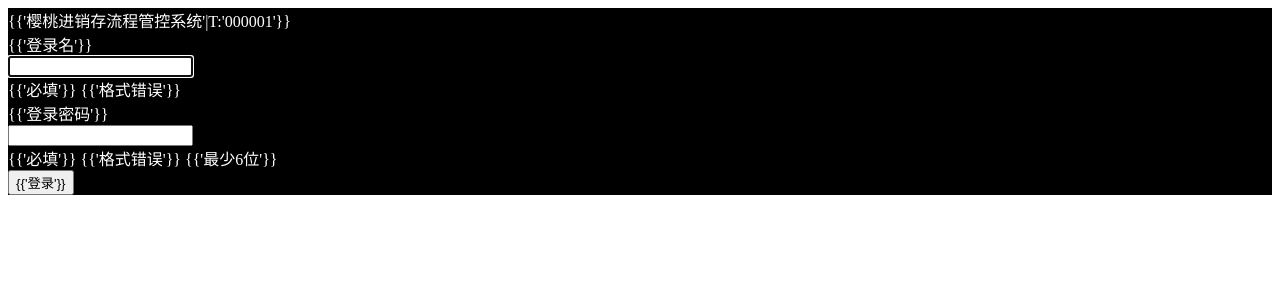
Repository: Anita-huang-001/cims
Page: cherry/mi_cims/mi_cims_admin/src/main/resources/static/view/login.html
The author's editor kept a copy of each file at every save. The page is drawn from the files as they stood at one save, then again after the next save.
The browser window is 1280 px wide. The pictures show the whole page.

Above is the page before, as saved 2021-02-04 06:09:14.

### cherry/mi_cims/mi_cims_admin/src/main/resources/static/view/login.html
<!-- 登录页面 -->
<div style="background:#000; color:#FFF">

<div class="container-fluid login-page">
	<!-- 标题 -->
	<div class="row login-title text-center">
		<!-- 公司logo图片 -->
		<!-- <img alt="logo" src="image/logo.png">  -->
		<!-- 系统名称 -->
		<label class="login-title-label">{{'樱桃进销存流程管控系统'|T:'000001'}}</label>
	</div>
	<div class="row col-sm-6 col-sm-offset-3 col-lg-4 col-lg-offset-4">
		<div class="login-form">
			<!-- 登录表单 -->
			<form name="loginForm" class="form-horizontal" role="form"  novalidate>
				<!-- 用户名 -->
				<div class="form-group form-item-group">
					<label for="managerId" class="col-sm-3 form-input-label">{{'登录名'}}</label>
					<div class="col-sm-9">
						<!-- 用户名输入框 -->
						<input type="text" class="form-input form-control"
							id="managerId" name="managerId" data-ng-model="loginInfo.managerId"
							maxlength="32" data-ng-pattern="PATTERN.managerName" required autofocus>
						<!-- 用户名错误提示信息 -->
						<div data-ng-if="loginForm.managerId.$dirty">
							<span class="form-input-error" data-ng-show="loginForm.managerId.$error.required">{{'必填'}}</span>
							<span class="form-input-error" data-ng-show="loginForm.managerId.$error.pattern">{{'格式错误'}}</span>
						</div>
					</div>
				</div>
				<!-- 用户密码 -->
				<div class="form-group form-item-group">
					<label for="managerPwd" class="col-sm-3 form-input-label">{{'登录密码'}}</label>
					<div class="col-sm-9">
						<!-- 用户名输入框 -->
						<input type="password" class="form-input form-control" data-ng-keyup="managerPwdKeyup($event)"
							id="managerPwd" name="managerPwd" data-ng-model="loginInfo.managerPwd"
							data-ng-minlength="6"  maxlength="32" data-ng-pattern="PATTERN.managerPwd" required>
						<!-- 用户名错误提示信息 -->
						<div data-ng-if="loginForm.managerId.$dirty">
						<span class="form-input-error" data-ng-show="loginForm.managerPwd.$error.required">{{'必填'}}</span>
						<span class="form-input-error" data-ng-show="loginForm.managerPwd.$error.pattern">{{'格式错误'}}</span>
						<span class="form-input-error" data-ng-show="loginForm.managerPwd.$error.minlength">{{'最少6位'}}</span>
						</div>
					</div>
				</div>
				<div class="form-group form-item-group">
					<div class="col-sm-4 col-sm-offset-4">
						<!-- 登录按钮 -->
						<button type="button" id="loginBtn" class="form-bottom-button btn btn-success "
							data-ng-disabled="loginForm.$invalid" data-ng-click="login()">
							<span class="glyphicon glyphicon-log-in"></span>{{'登录'}}
						</button>
					</div>
				</div>
			</form>
		</div>
	</div>
</div>

</div>

After the next save:
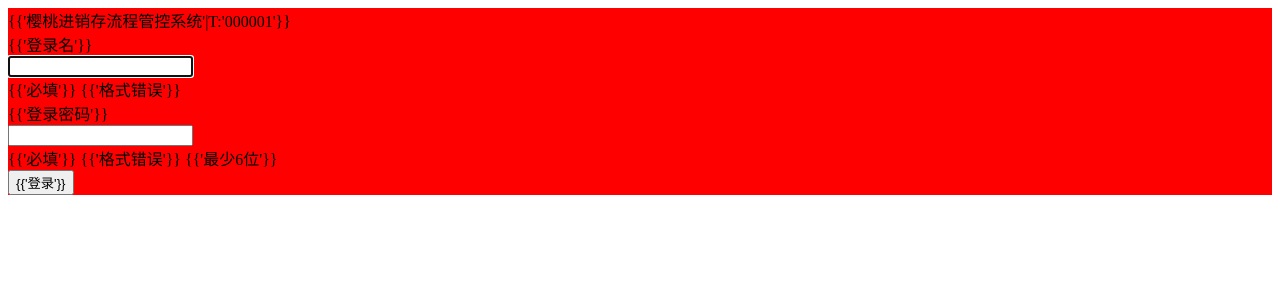
Saved 43 s later.
--- a/cherry/mi_cims/mi_cims_admin/src/main/resources/static/view/login.html
+++ b/cherry/mi_cims/mi_cims_admin/src/main/resources/static/view/login.html
@@ -1,5 +1,5 @@
 <!-- 登录页面 -->
-<div style="background:#000; color:#FFF">
+<div style="background:red">
 
 <div class="container-fluid login-page">
 	<!-- 标题 -->
